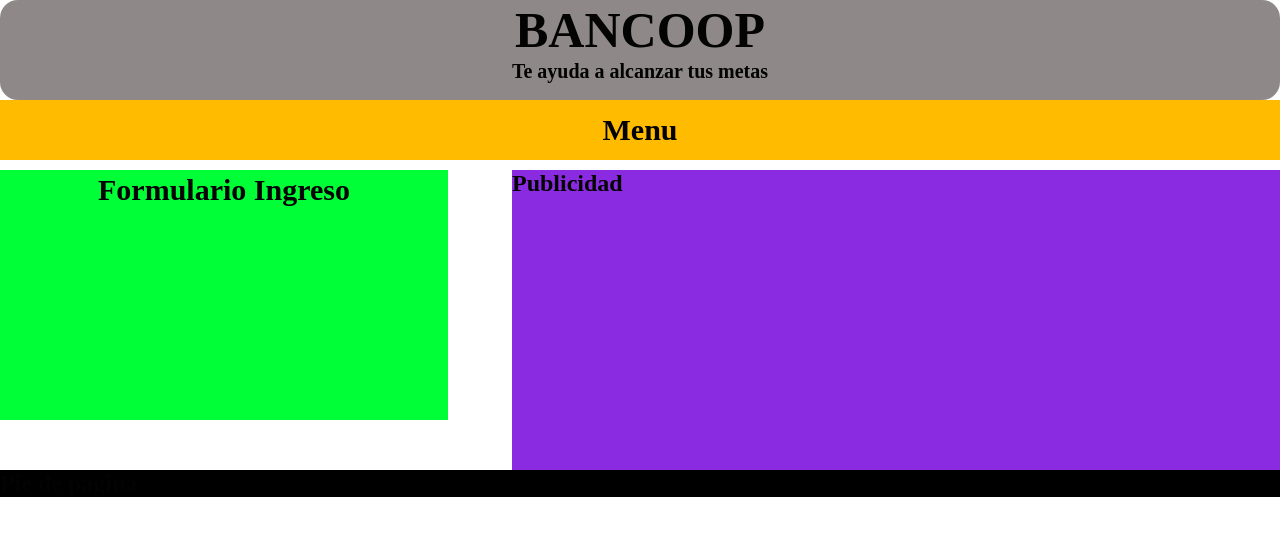
Repository: NickArregoces/BANCOOP
Page: Index.html
The author's editor kept a copy of each file at every save. The page is drawn from the files as they stood at one save, then again after the next save.
The browser window is 1280 px wide. The pictures show the whole page.

Above is the page before, as saved 2021-09-28 22:15:47.

### Index.html
<!DOCTYPE html>
<html lang="en">
<head>
    <meta charset="UTF-8">
    <meta http-equiv="X-UA-Compatible" content="IE=edge">
    <meta name="viewport" content="width=device-width, initial-scale=1.0">
    <title>BANCOOP Home</title>
    <link rel="stylesheet" href="/CSS/Style.css">
</head>
<body>
    <div id="contenido">
        <header>
            <h1>BANCOOP</h1>
            <h3>Te ayuda a alcanzar tus metas</h3>
        </header>
        <nav>
            <h2>Menu</h2>
        </nav>
        <section id="Contenido">
            <article>
                <h2>Formulario Ingreso</h2>
            </article>
        </section>
        <aside>
            <h2>Publicidad</h2>
        </aside>
        <footer>
            <h2>Pie de pagina</h2>
        </footer>
    </div>


</body>
</html>

### CSS/Style.css

*{
    margin: 0px;
    padding: 0px;
}
body{
    background: rgb(255, 255, 255);
    color: rgb(3, 3, 3);
}
header{
    border-radius: 18px;
    width: 100%;
    height: 100px;
    margin: auto;
    background: rgb(143, 136, 136);
}
header h1{
    font-size: 50px;
    text-align: center;
    line-height: 60px;

}
header h3{
    font-size: 20px;
    text-align: center;

}
nav{
    background: rgb(255, 187, 0);
    height: 60px;
}
nav h2{
    font-size: 30px;
    text-align: center;
    line-height: 60px;
}
article {
    width: 35%;
    height: 250px;
    float: left;
    background: rgb(0, 255, 55);
    margin-top: 10px;
    margin-right:10px;
}

article h2{
    font-size: 30px;
    text-align: center;
    line-height: 40px;

}
aside{
    width: 60%;
    height: 300px;
    background: blueviolet;
    margin-top: 10px;
    float: right;
}
footer{
    background: black;
    clear: both;


}

After the next save:
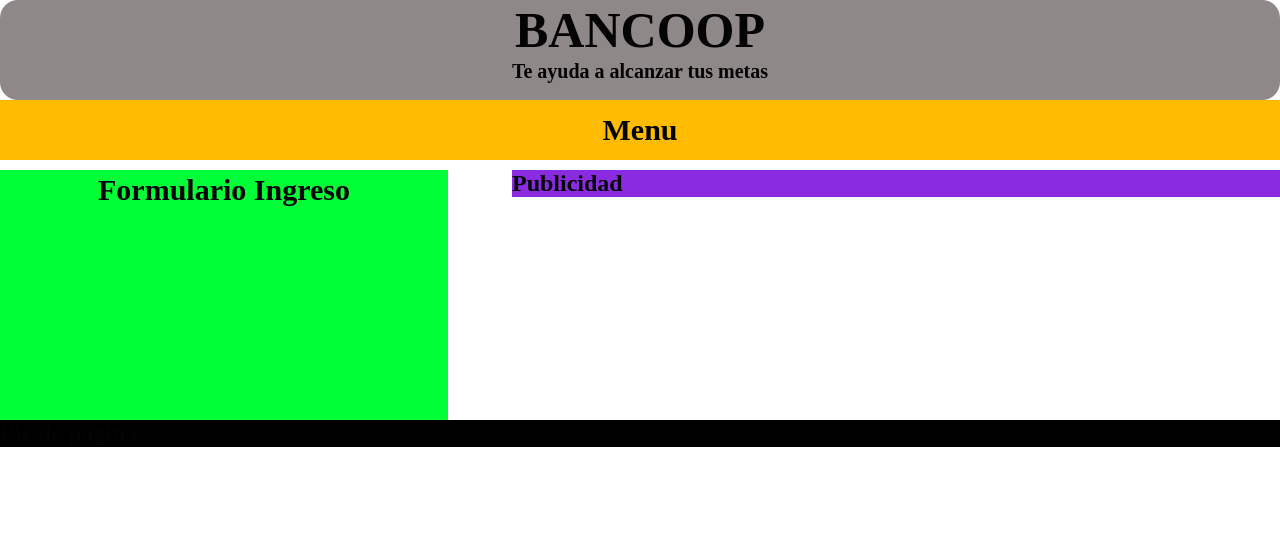
Saved 15 s later.
--- a/CSS/Style.css
+++ b/CSS/Style.css
@@ -51,7 +51,7 @@ article h2{
 }
 aside{
     width: 60%;
-    height: 300px;
+    height: 70%;
     background: blueviolet;
     margin-top: 10px;
     float: right;

After the 2 saves that followed:
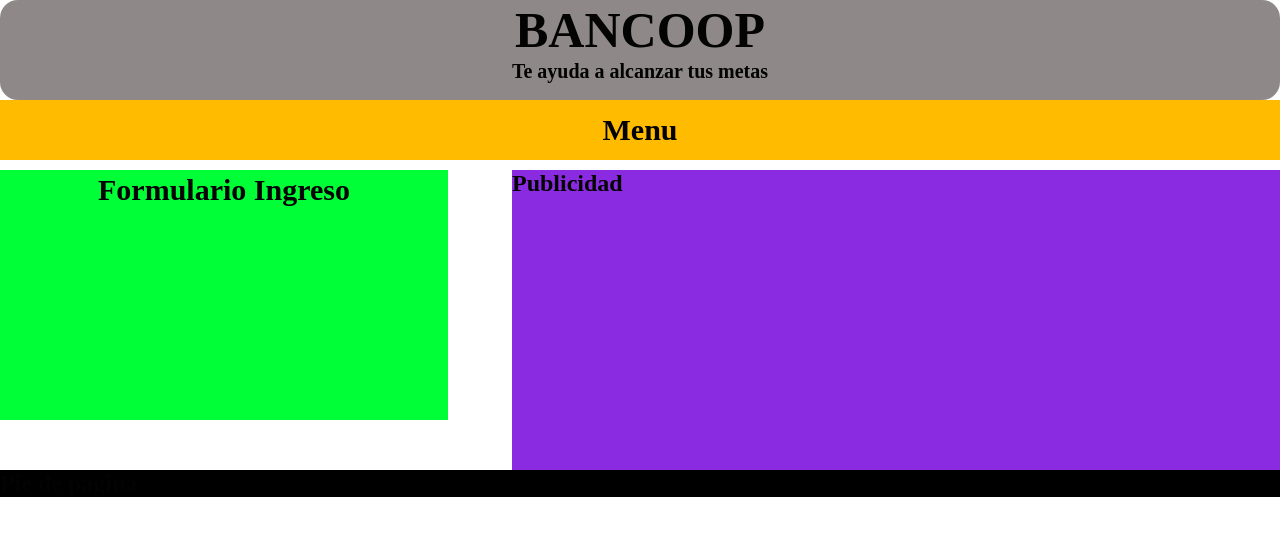
The 2 saves are shown as one change because 1 left the picture as it was.
The last was saved 17 s later.
--- a/CSS/Style.css
+++ b/CSS/Style.css
@@ -51,7 +51,7 @@ article h2{
 }
 aside{
     width: 60%;
-    height: 70%;
+    height: 300px;
     background: blueviolet;
     margin-top: 10px;
     float: right;
